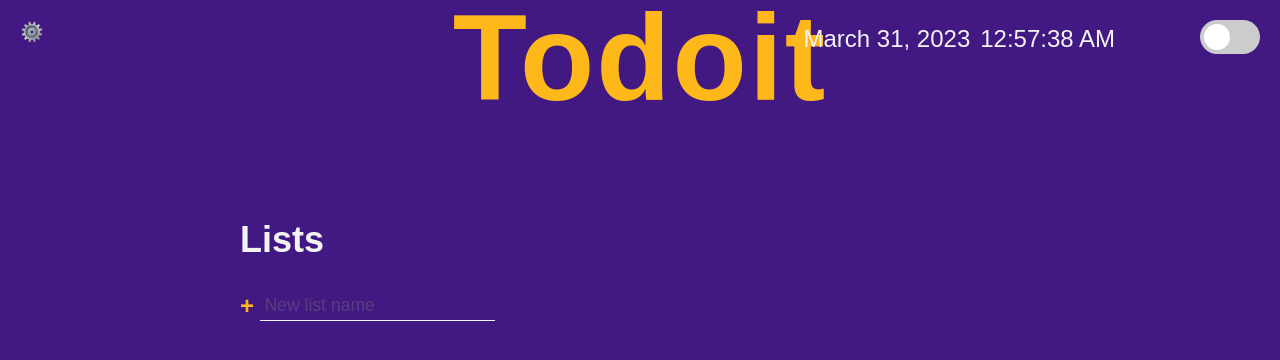
Repository: f-x1-1/TodoListApp_Todoit
Page: index.html
An editor plug-in stored every save of this project. The page is shown before and after the next save, followed by the edit.
The browser window is 1280 px wide. The pictures show the whole page.

Above is the page before, as saved 2023-04-05 16:37:48.

After the next save:
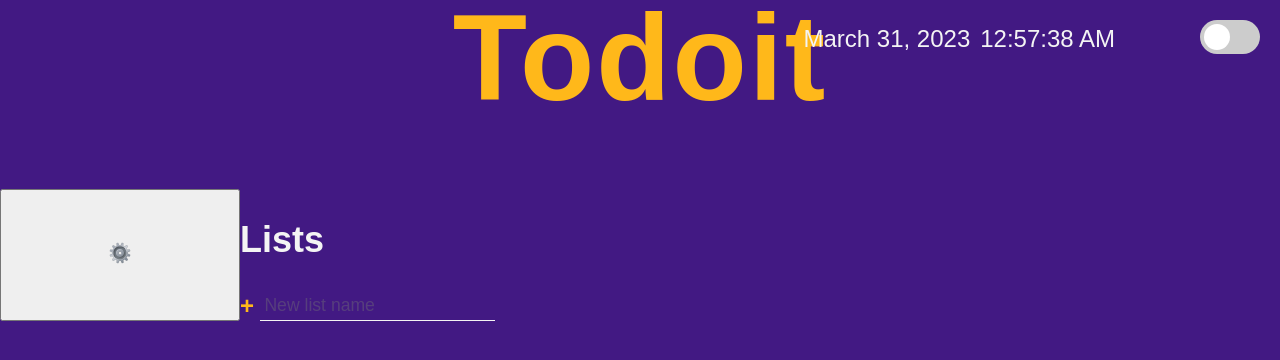
Saved 60 s later.
--- a/css/main.css
+++ b/css/main.css
@@ -430,70 +430,3 @@
 }
 
 /* settings */
-#settings-btn {
-    position: fixed;
-    top: 20px;
-    left: 20px;
-    padding: 0;
-    background-color: transparent;
-    border: none;
-    cursor: pointer;
-}
-
-#settings-btn svg {
-    display: block;
-}
-
-#settings-popup {
-    display: none;
-    position: absolute;
-    top: 50px;
-    left: 10px;
-    padding: 10px;
-    background-color: #fff;
-    border: 1px solid #ddd;
-    box-shadow: 0 2px 5px rgba(0, 0, 0, 0.3);
-    z-index: 1;
-    color: #000;
-    border-radius: 5px;
-}
-
-#settings-popup.visible {
-    display: block;
-}
-
-
-#settings-popup h2 {
-    margin-top: 0;
-    font-size: 18px;
-    font-weight: bold;
-    text-align: center;
-}
-
-#settings-popup ul {
-    list-style: none;
-    padding: 0;
-    margin: 0;
-}
-
-#settings-popup li {
-    padding: 10px;
-    border-bottom: 1px solid #ddd;
-}
-
-#settings-popup li:last-child {
-    border-bottom: none;
-}
-
-#settings-popup li label {
-    display: flex;
-    align-items: center;
-}
-
-#settings-popup li input {
-    margin-right: 10px;
-}
-
-#settings-popup li span {
-    font-size: 16px;
-}

After the 2 saves that followed:
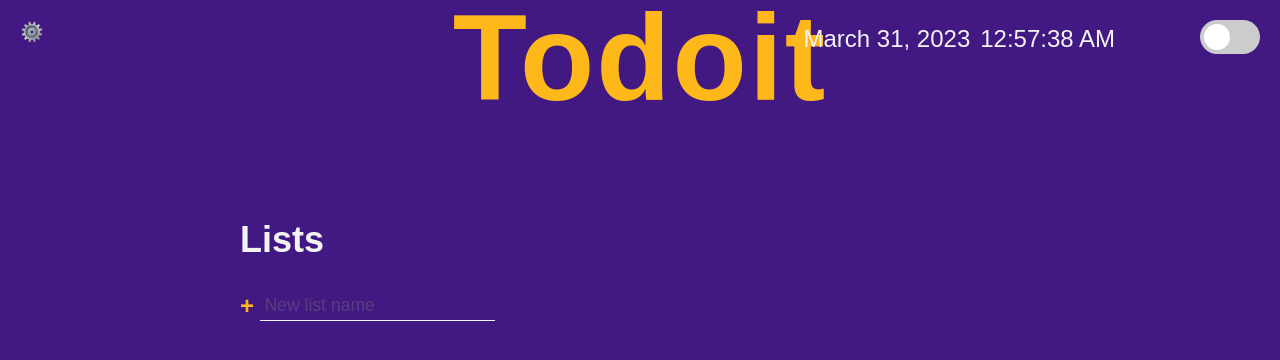
The 2 saves are shown as one change because 1 left the picture as it was.
The last was saved 14 s later.
--- a/index.html
+++ b/index.html
@@ -60,6 +60,78 @@
     </script>
 
 
+
+    <style>
+        #settings-btn {
+            position: fixed;
+            top: 20px;
+            left: 20px;
+            padding: 0;
+            background-color: transparent;
+            border: none;
+            cursor: pointer;
+        }
+
+        #settings-btn svg {
+            display: block;
+        }
+
+        #settings-popup {
+            display: none;
+            position: absolute;
+            top: 50px;
+            left: 10px;
+            padding: 10px;
+            background-color: #fff;
+            border: 1px solid #ddd;
+            box-shadow: 0 2px 5px rgba(0, 0, 0, 0.3);
+            z-index: 1;
+            color: #000;
+            border-radius: 5px;
+        }
+
+        #settings-popup.visible {
+            display: block;
+        }
+
+
+        #settings-popup h2 {
+            margin-top: 0;
+            font-size: 18px;
+            font-weight: bold;
+            text-align: center;
+        }
+
+        #settings-popup ul {
+            list-style: none;
+            padding: 0;
+            margin: 0;
+        }
+
+        #settings-popup li {
+            padding: 10px;
+            border-bottom: 1px solid #ddd;
+        }
+
+        #settings-popup li:last-child {
+            border-bottom: none;
+        }
+
+        #settings-popup li label {
+            display: flex;
+            align-items: center;
+        }
+
+        #settings-popup li input {
+            margin-right: 10px;
+        }
+
+        #settings-popup li span {
+            font-size: 16px;
+        }
+    </style>
+
+
     <!--time and date-->
     <div id="date-time">
         <p id="date"></p>
